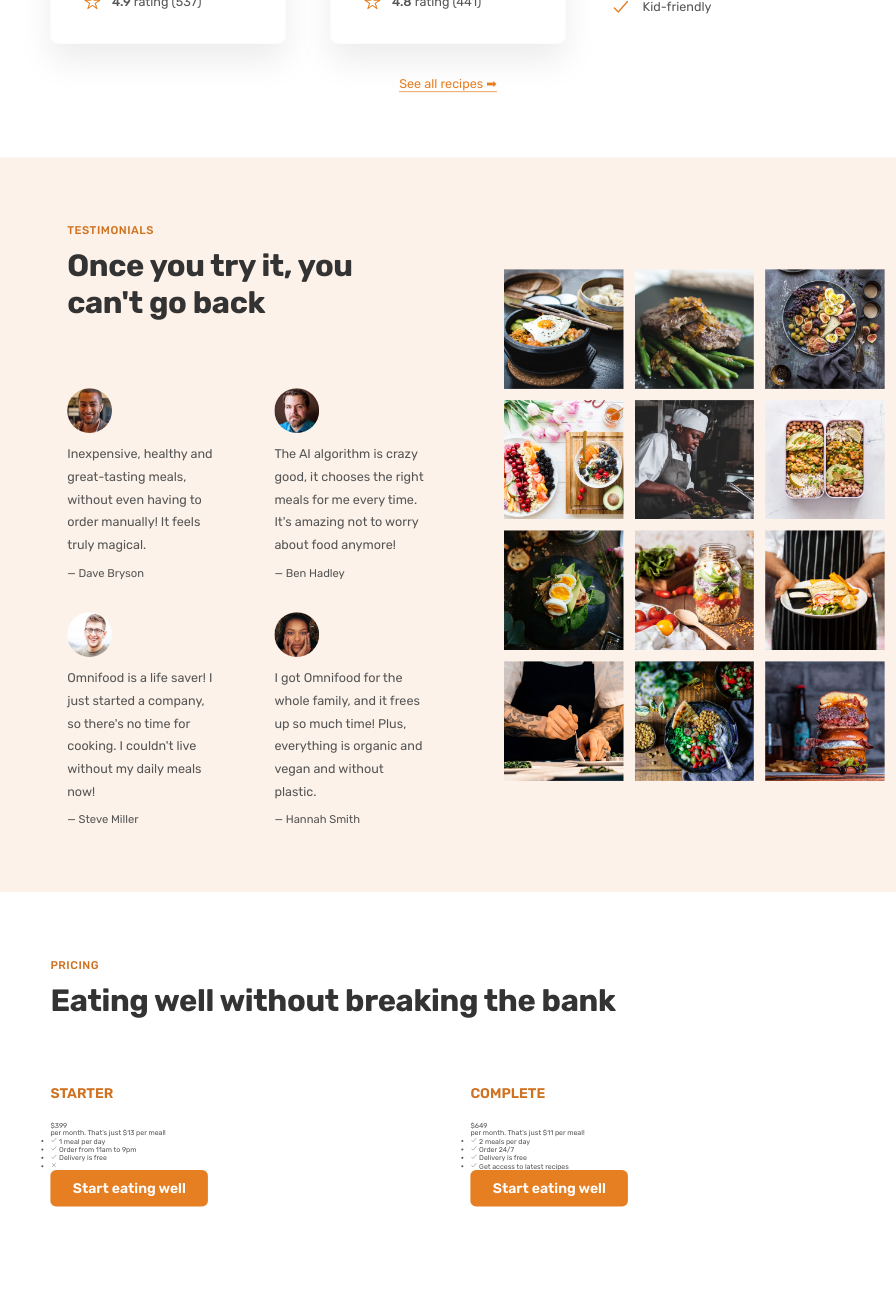
Repository: TranPhucThinh/Omnifood
Page: index.html
The author's editor kept a copy of each file at every save. The page is drawn from the files as they stood at one save, then again after the next save.
The browser window is 1280 px wide. The pictures show the part of the page from y = 3371 to 5291 px (the page is 5239 px tall before and 5291 px after), at 70% of full size.

Above is the page before, as saved 2022-08-06 22:49:25.

After the next save:
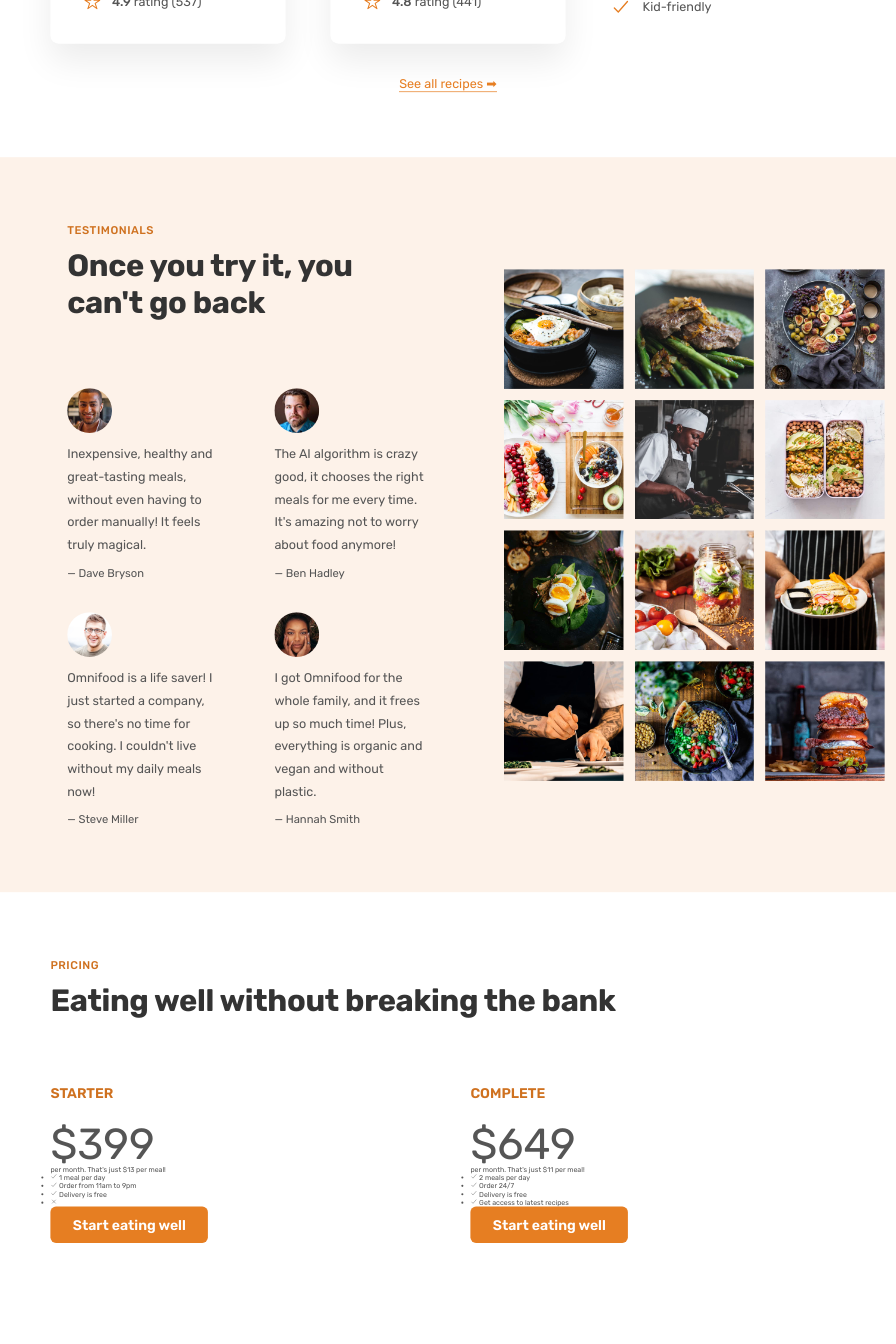
Saved 37 s later.
--- a/assets/styles/style.css
+++ b/assets/styles/style.css
@@ -368,4 +368,8 @@
   color: #cf711f;
   margin-bottom: 3.2rem;
 }
+
+.plan-pricing {
+  font-size: 6.2rem;
+}
 /* End of Section Pricing */
